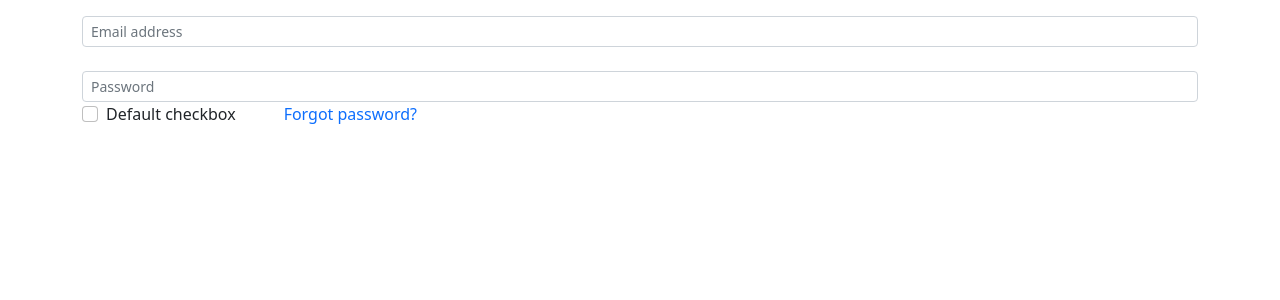
Repository: NPhanA/React2022
Page: / (app in Day 03-React/exercise/)
The author's editor kept a copy of each file at every save. The page is drawn from the files as they stood at one save, then again after the next save.
The browser window is 1280 px wide. The pictures show the whole page.
The project was rebuilt for these pictures with package versions that can differ from the ones it lists, and the page was loaded fresh each time. Also part of the build but not shown: Day 03-React/exercise/src/App.css, Day 03-React/exercise/src/App.js, Day 03-React/exercise/src/Components/UserAgent.js, Day 03-React/exercise/src/Components/ProfileCard.js.

Above is the page before, as saved 2022-07-26 17:29:30.

### Day 03-React/exercise/src/index.js
import React from 'react';
import ReactDOM from 'react-dom/client';
import './index.css';
import App from './App';
import reportWebVitals from './reportWebVitals';
import 'bootstrap/dist/css/bootstrap.min.css';
import {createRoot} from 'react-dom/client';
import UserAgent from './Components/UserAgent';
import App1 from './Components/ProfileCard';
import ProfileCard from './Components/ProfileCard';
import SignInForm from './Components/SignInForm';
const container = document.getElementById('root');
const root = createRoot(container);
root.render(<SignInForm />);

### Day 03-React/exercise/src/Components/SignInForm.js
function SignInForm() {
    return (
        <div className="container ">
            <div className="row justify-content-center">
                <form>
                <div className="col-xs-12 col-xxl-3">
                <input type="email" className="form-control form-control-sm mt-3 mb-4" placeholder="Email address" required></input>
                <input type="password" className="form-control form-control-sm" placeholder="Password" required></input>
                </div>
                </form>
                <form className="form-inline">
                <div class="form-check">
                <input className="form-check-input" type="checkbox" value="" id="flexCheckDefault"></input>
                    <label class="form-check-label" for="flexCheckDefault">
                     Default checkbox
                </label>
                <span className="text-primary ms-5">Forgot password?</span>
</div>
                </form>
            </div>
        </div>
    );
}

export default SignInForm;

Loaded but not shown: Day 03-React/exercise/public/index.html (common file); Day 03-React/exercise/src/index.css (common file); Day 03-React/exercise/src/reportWebVitals.js (common file)

After the next save:
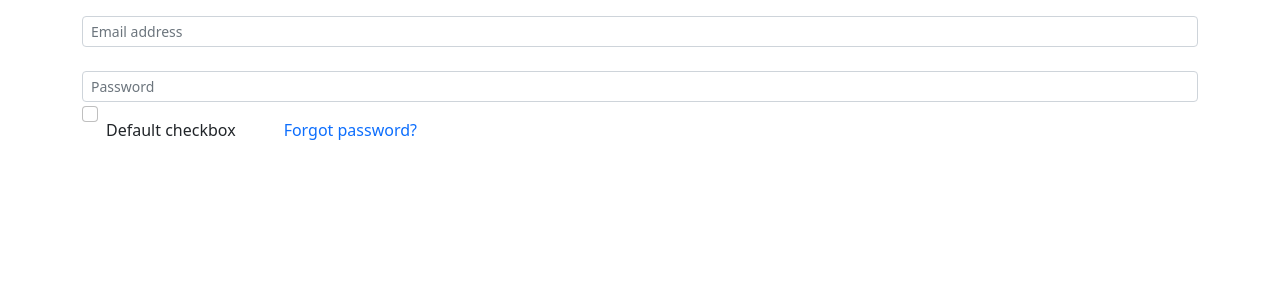
Saved 15 s later.
--- a/Day 03-React/exercise/src/Components/SignInForm.js
+++ b/Day 03-React/exercise/src/Components/SignInForm.js
@@ -11,7 +11,7 @@ function SignInForm() {
                 <form className="form-inline">
                 <div class="form-check">
                 <input className="form-check-input" type="checkbox" value="" id="flexCheckDefault"></input>
-                    <label class="form-check-label" for="flexCheckDefault">
+                    <label class="form-check-label mt-3" for="flexCheckDefault">
                      Default checkbox
                 </label>
                 <span className="text-primary ms-5">Forgot password?</span>
